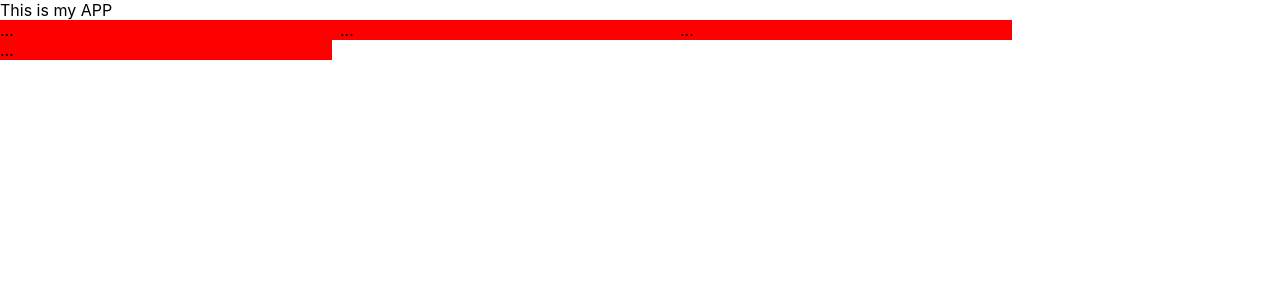
Repository: vnevescode/ui-components-react
Page: /
These files come from the project's save history. The page is drawn as it stood at one moment and after the next save; the edit follows.
The browser window is 1280 px wide. The page is 1288 px wide, so the pictures cover 1288 px, including what lies to the right of the window. The pictures show the whole page.
The project was rebuilt for these pictures with package versions that can differ from the ones it lists, and the page was loaded fresh each time.

Above is the page before, as saved 2022-06-09 22:11:54.

After the next save:
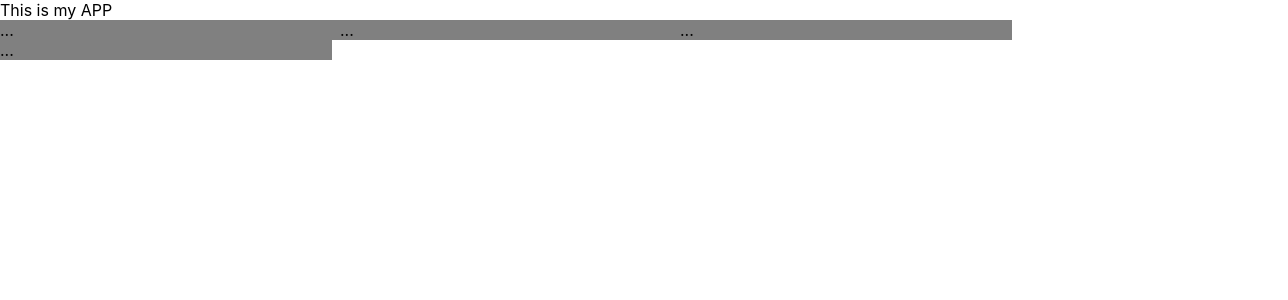
Saved 6 s later.
--- a/src/components/Cards/Cards.style.css
+++ b/src/components/Cards/Cards.style.css
@@ -10,5 +10,5 @@
     flex-basis: 25%;
     padding-left: 8px;
     padding-right: 8px;
-    background-color: red;
+    background-color: gray;
 }
